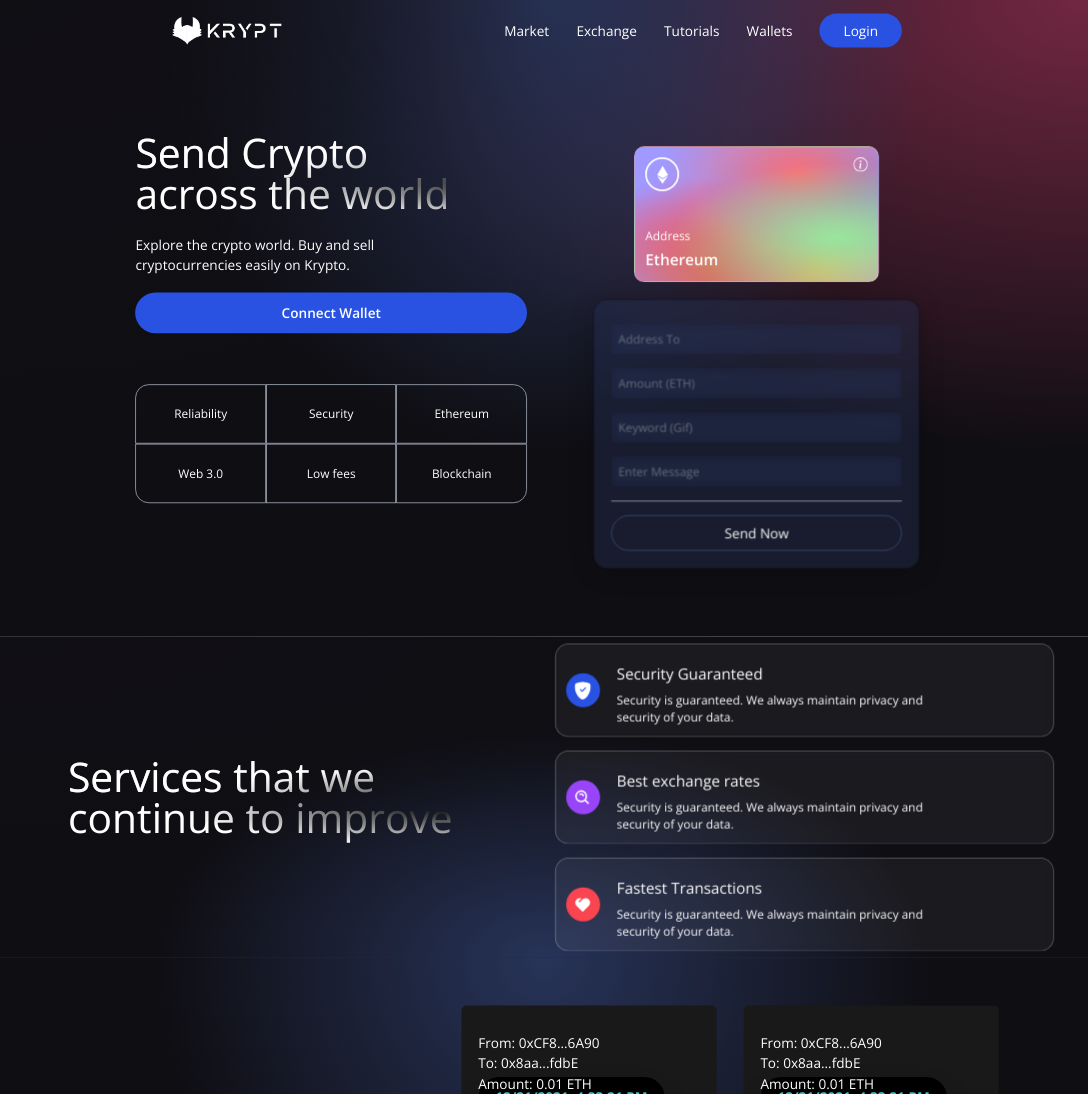
Repository: didierganthier/web3.0
Page: / (app in client/)
The author's editor kept a copy of each file at every save. The page is drawn from the files as they stood at one save, then again after the next save.
The browser window is 1280 px wide. The pictures show the part of the page from y = 0 to 1287 px (the page is 1815 px tall before and 2583 px after), at 85% of full size.
Pictures or frames that could not be fetched are drawn as grey boxes. The project was rebuilt for these pictures with package versions that can differ from the ones it lists, and the page was loaded fresh each time. Also part of the build but not shown: client/vite.config.js, client/src/components/Loader.jsx.

Above is the page before, as saved 2022-04-06 13:06:50.

### client/src/App.jsx
import { Navbar, Welcome, Loader, Transactions, Services, Footer } from "./components"

const App = () => {
  return (
    <div className="min-h-screen">
      <div className="gradient-bg-welcome">
        <Navbar />
        <Welcome />
      </div>
      <Services />
      <Transactions />
      <Footer />
    </div>
  )
}

export default App

### client/src/context/TransactionContext.jsx
import React, { useEffect, useState } from 'react';
import { ethers } from 'ethers';

import { contractAbi, contractAddress } from '../utils/constants';

export const TransactionContext = React.createContext();

const { ethereum } = window;

const getEthereumContract = () => {
    const provider = new ethers.providers.Web3Provider(ethereum);
    const signer = provider.getSigner();
    const transactionContract = new ethers.Contract(contractAddress, contractAbi, signer);

    return transactionContract;
}

export const TransactionProvider = ({ children }) => {

    const [connectedAccount, setConnectedAccount] = useState('');
    const [formData, setFormData] = useState({ addressTo: '', amount: '', keyword: '', message: '' });
    const [isLoading, setIsLoading] = useState(false);
    const [transactionCount, setTransactionCount] = useState(localStorage.getItem('transactionCount'));

    const handleChange = (e, name) => {
        setFormData((prevState) => ({ ...prevState, [name]: e.target.value }));
    }

    const checkIfWalletConnected = async () => {
        try {
            if (!ethereum) return alert('Please connect to a wallet');

            const accounts = await ethereum.request({ method: 'eth_accounts' });

            if (accounts.length) {
                setConnectedAccount(accounts[0]);

                //getAllTransactions();
            } else {
                console.log('No accounts found');
            }
        } catch (error) {
            console.log(error);

            throw new Error('No Ethereum object found');
        }
    }

    const connectWallet = async () => {
        try {
            if (!ethereum) return alert('Please install MetaMask');

            const accounts = await ethereum.request({ method: 'eth_requestAccounts' });

            setConnectedAccount(accounts[0]);
        } catch (error) {
            console.log(error);

            throw new Error('No Ethereum object found');
        }
    }

    const sendTransaction = async () => {
        try {
            if (!ethereum) return alert('Please install MetaMask');

            const { addressTo, amount, keyword, message } = formData;
            const transactionContract = getEthereumContract();
            const parsedAmount = ethers.utils.parseEther(amount);

            await ethereum.request({
                method: 'eth_sendTransaction',
                params: [{
                    from: connectedAccount,
                    to: addressTo,
                    gas: '0x5208',//21000 GWEI
                    value: parsedAmount._hex, //0.00001 ETH
                }],
            });

            const transactionHash = await transactionContract.addToBlockchain(addressTo, parsedAmount, message, keyword);

            setIsLoading(true);
            console.log(`Loading - ${transactionHash.hash}`);
            await transactionHash.wait();
            setIsLoading(false);
            console.log(`Success - ${transactionHash.hash}`);

            const transactionCount = await transactionContract.getTransactionCount();

            setTransactionCount(transactionCount.toNumber());
        } catch (error) {
            console.log(error);

            throw new Error('No Ethereum object found');
        }
    }

    useEffect(() => {
        checkIfWalletConnected();
    }, []);

    return (
        <TransactionContext.Provider value={{ connectWallet, connectedAccount, formData, setFormData, handleChange, sendTransaction }}>
            {children}
        </TransactionContext.Provider>
    )
}

### client/src/components/index.js
//export different components here
export { default as Footer } from './Footer';
export { default as Services } from './Services';
export { default as Navbar } from './Navbar';
export { default as Loader } from './Loader';
export { default as Transactions } from './Transactions';
export { default as Welcome } from './Welcome';
import '../../../client/src/index.css';

### client/src/utils/constants.js
import abi from './Transactions.json';

export const contractAbi = abi.abi;
export const contractAddress = '0x5FbDB2315678afecb367f032d93F642f64180aa3';

### client/src/components/Transactions.jsx
import React, { useContext } from 'react';

import { TransactionContext } from "../context/TransactionContext";
import useFetch from '../hooks/useFetch';

import dummyData from '../utils/dummyData';

import { shortenAddress } from '../utils/shortenAddress';

const TransactionCard = ({ addressTo, addressFrom, timestamp, message, keyword, amount, url }) => {
  const gifUrl = useFetch({ keyword });

  return (
    <div className="bg-[#181918] m-4 flex flex-1 2xl:min-w[450px] 2xl:max-w-[500px] sm:min-w-[270px] sm:max-w-[300px] flex-col p-3 rounded-md hover:shadow-2xl">
      <div className='flex flex-col items-center w-full mt-3'>
        <div className='w-full mb-6 p-2'>
          <a href={`https://ropsten.etherscan.io/address/${addressFrom}`} target='_blank' rel='noopener noreferrer'>
            <p className='text-white text-base'>From: {shortenAddress(addressFrom)}</p>
          </a>
          <a href={`https://ropsten.etherscan.io/address/${addressTo}`} target='_blank' rel='noopener noreferrer'>
            <p className='text-white text-base'>To: {shortenAddress(addressTo)}</p>
          </a>
          <p className='text-white text-base'>Amount: {amount} ETH</p>
          {message && (
            <>
              <br />
              <p className='text-white text-base'>Message: {message}</p>
            </>
          )}
          <div className='bg-black p-3 px-5 w-max rounded-3xl -mt-5 shadow-2xl'>
            <p className='text-[#37c7da] font-bold'>{timestamp}</p>
          </div>
        </div>
      </div>
    </div>
  );
}

const Transactions = () => {
  const { connectedAccount } = useContext(TransactionContext);

  return (
    <div className='flex w-full justify-center items-center 2xl:px-20 gradient-bg-transactions'>
      <div className='flex flex-col md:p-12 py-12 px-4'>
        {connectedAccount? (
          <h3 className='text-white text-3xl text-center my-2'>Latest Transactions</h3>
        ):(
          <h3 className='text-white text-3xl text-center my-2'>Connect your account to see the laatest transactions</h3>
        )}
      </div>
      <div className='flex flex-wrap justify-center items-center mt-10'>
        {dummyData.reverse().map((transaction, index) => (
          <TransactionCard key={index} {...transaction} />
        ))}
      </div>
    </div>
  )
}

export default Transactions

### client/src/components/Welcome.jsx
import React, { useContext } from 'react'
import { AiFillPlayCircle } from "react-icons/ai";
import { SiEthereum } from "react-icons/si";
import { BsInfoCircle } from "react-icons/bs";

import { TransactionContext } from "../context/TransactionContext";
import { Loader } from "./";
import { shortenAddress } from '../utils/shortenAddress';

const commonStyles = "min-h-[70px] sm:px-0 px-2 sm:min-w-[120px] flex justify-center items-center border-[0.5px] border-gray-400 text-sm font-light text-white";

const Input = ({ placeholder, name, value, type, handleChange }) => (
  <input placeholder={placeholder} type={type} value={value} onChange={(e) => handleChange(e, name)} className='my-2 w-full rounded-sm p-2 outline-none bg-transparent text-white border-none text-sm white-glassmorphism' />
)

const Welcome = () => {
  const { connectWallet, connectedAccount, formData, handleChange, sendTransaction } = useContext(TransactionContext);

  const handleSubmit = (e) => {
    const { addressTo, amount, keyword, message } = formData;

    e.preventDefault();

    if(!addressTo || !amount || !keyword || !message) return;

    sendTransaction();
  }

  return (
    <div className="flex w-full justify-center items-center">
      <div className="flex mf:flex-row flex-col items-start justify-between md:p-20 py-12 px-4">
        <div className="flex flex-1 justify-start flex-col mf:mr-10">
          <h1 className="text-3xl sm:text-5xl text-white text-gradient py-1">
            Send Crypto <br></br> across the world
          </h1>
          <p className="text-left mt-5 text-white font-light md:w-9/12 w-11/12 text-base">
            Explore the crypto world. Buy and sell cryptocurrencies easily on Krypto.
          </p>
          {!connectedAccount && (
            <button type="button" onClick={connectWallet} className="flex flex-row justify-center items-center my-5 bg-[#2952e3] p-3 rounded-full cursor-pointer hover:bg-[#2546bd]">
              <p className="text-white text-base font-semibold">Connect Wallet</p>
            </button>
          )}
          <div className="grid sm:grid-cols-3 grid-cols-2 w-full mt-10">
            <div className={`rounded-tl-2xl ${commonStyles}`}>Reliability</div>
            <div className={commonStyles}>Security</div>
            <div className={`rounded-tr-2xl ${commonStyles}`}>Ethereum</div>
            <div className={`rounded-bl-2xl ${commonStyles}`}>Web 3.0</div>
            <div className={commonStyles}>Low fees</div>
            <div className={`rounded-br-2xl ${commonStyles}`}>Blockchain</div>
          </div>
        </div>
        <div className="flex flex-col flex-1 items-center justify-start w-full mf:mt-0 mt-10">
          <div className="p-3 justify-end items-start flex-col rounded-xl h-40 sm:w-72 w-full my-5 eth-card white-glassmorphism">
            <div className="flex justify-between flex-col w-full h-full">
              <div className="flex justify-between items-start">
                <div className="w-10 h-10 rounded-full border-2 border-white flex justify-center items-center">
                  <SiEthereum fontSize={21} color='#fff' />
                </div>
                <BsInfoCircle fontSize={17} color='#fff' />
              </div>
              <div>
                <p className="text-white font-light text-sm">
                  {connectedAccount ? shortenAddress(connectedAccount) : "Address"}
                </p>
                <p className="text-white font-semibold text-lg mt-1">
                  Ethereum
                </p>
              </div>
            </div>
          </div>
          <div className="p-5 sm:w-96 w-full flex flex-col justify-start items-center blue-glassmorphism">
            <Input placeholder="Address To" name="addressTo" type="text" handleChange={handleChange} />
            <Input placeholder="Amount (ETH)" name="amount" type="number" handleChange={handleChange} />
            <Input placeholder="Keyword (Gif)" name="keyword" type="text" handleChange={handleChange} />
            <Input placeholder="Enter Message" name="message" type="text" handleChange={handleChange} />

            <div className="h-[1px] w-full bg-gray-400 my-2" />

            {false ? (
              <Loader />
            ) : (
              <button type="button" onClick={handleSubmit} className="text-white w-full mt-2 border-[1px] p-2 border-[#3d4f7c] rounded-full cursor-pointer">
                Send Now
              </button>
            )}
          </div>
        </div>
      </div>
    </div>
  )
}

export default Welcome

### client/src/hooks/useFetch.jsx
import { useEffect, useState } from "react";

const API_KEY = import.meta.env.VITE_GIPHY_API;

const useFetch = ({ keyword }) => {
    const [gifUrl, setGifUrl] = useState("");

    const fetchGifs = async () => {
        try {
            const response = await fetch(
                `https://api.giphy.com/v1/gifs/search?api_key=${API_KEY}&q=${keyword.split(" ").join("")}&limit=1`
            );
            const { data } = await response.json();
            setGifUrl(data[0]?.images?.downsized_medium?.url);
        } catch (error) {
            console.log(error);
            setGifUrl("https://metro.co.uk/wp-content/uploads/2015/05/pokemon_crying.gif?quality=90&strip=all&zoom=1&resize=500%2C284");
        }
    }

    useEffect(() => {
        if(keyword) fetchGifs();
     }, [keyword]);

     return gifUrl;
}

export default useFetch;

### client/src/utils/dummyData.js

export default [
    {
      id: 1,
      url: "https://metro.co.uk/wp-content/uploads/2015/05/pokemon_crying.gif?quality=90&strip=all&zoom=1&resize=500%2C284",
      message: "",
      timestamp: "12/21/2021, 4:33:21 PM",
      addressFrom: "0xCF8e569A97C423952DdFf902375C7C76549A6A90",
      amount: "0.01",
      addressTo: "0x8aa395Ab97837576aF9cd6946C79024ef1acfdbE",
    },
    {
      id: 2,
      url: "https://media4.popsugar-assets.com/files/2013/11/07/832/n/1922398/eb7a69a76543358d_28.gif",
      message: "",
      timestamp: "12/21/2021, 4:33:21 PM",
      addressFrom: "0xCF8e569A97C423952DdFf902375C7C76549A6A90",
      amount: "0.01",
      addressTo: "0x8aa395Ab97837576aF9cd6946C79024ef1acfdbE",
    },
    {
      id: 3,
      url: "https://acegif.com/wp-content/uploads/gif-shaking-head-38.gif",
      message: "",
      timestamp: "12/21/2021, 4:33:21 PM",
      addressFrom: "0xCF8e569A97C423952DdFf902375C7C76549A6A90",
      amount: "0.01",
      addressTo: "0x8aa395Ab97837576aF9cd6946C79024ef1acfdbE",
    },
    {
      id: 4,
      url: "https://i.pinimg.com/originals/68/a0/9e/68a09e774e98242871c2db0f99307420.gif",
      message: "",
      timestamp: "12/21/2021, 4:33:21 PM",
      addressFrom: "0xCF8e569A97C423952DdFf902375C7C76549A6A90",
      amount: "0.01",
      addressTo: "0x8aa395Ab97837576aF9cd6946C79024ef1acfdbE",
    },
    {
      id: 5,
      url: "https://i.pinimg.com/originals/73/d3/a1/73d3a14d212314ab1f7268b71d639c15.gif",
      message: "",
      timestamp: "12/21/2021, 4:33:21 PM",
      addressFrom: "0xCF8e569A97C423952DdFf902375C7C76549A6A90",
      amount: "0.01",
      addressTo: "0x8aa395Ab97837576aF9cd6946C79024ef1acfdbE",
    },
    {
      id: 6,
      url: "https://www.omnisend.com/blog/wp-content/uploads/2016/09/funny-gifs-9.gif",
      message: "",
      timestamp: "12/21/2021, 4:33:21 PM",
      addressFrom: "0xCF8e569A97C423952DdFf902375C7C76549A6A90",
      amount: "0.01",
      addressTo: "0x8aa395Ab97837576aF9cd6946C79024ef1acfdbE",
    },
  ];

### client/src/utils/shortenAddress.js
export const shortenAddress = (address) => {
  if (!address) {
    return '';
  }
  const shortAddress = address.substring(0, 5) + '...' + address.substring(address.length - 4);
  return shortAddress;
}

Loaded but not shown: client/index.html (common file); client/src/main.jsx (common file); client/src/index.css (common file); client/src/components/Footer.jsx (common file); client/src/components/Services.jsx (common file); client/src/components/Navbar.jsx (common file); client/tailwind.config.js (common file); client/src/utils/Transactions.json (140 lines, source omitted)

After the next save:
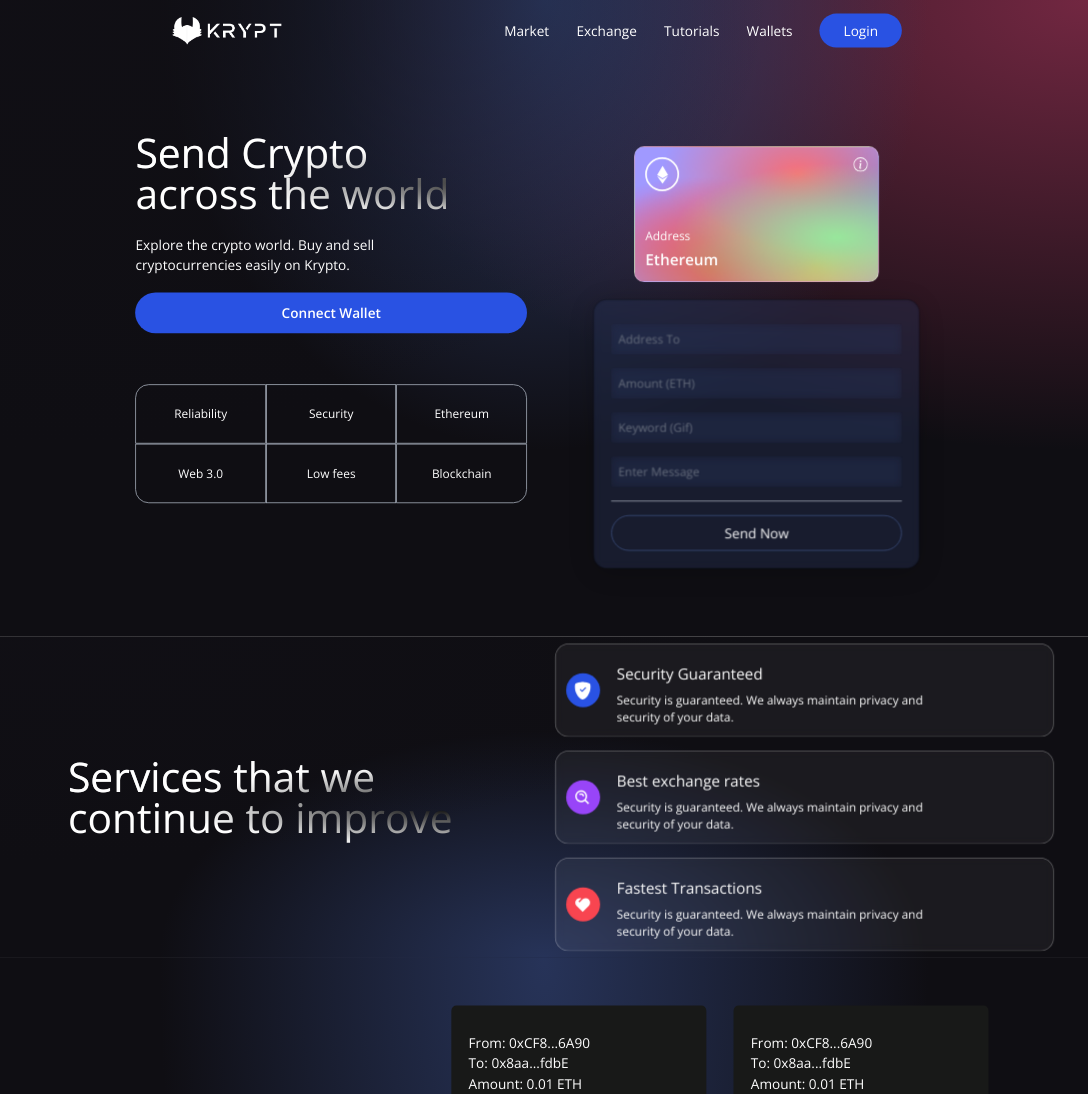
Saved 116 s later.
--- a/client/src/components/Transactions.jsx
+++ b/client/src/components/Transactions.jsx
@@ -27,6 +27,11 @@ const TransactionCard = ({ addressTo, addressFrom, timestamp, message, keyword,
               <p className='text-white text-base'>Message: {message}</p>
             </>
           )}
+          <img
+            src={gifUrl | url}
+            alt='gif'
+            className='w-full h-64 2xl:h-96 rounded-md shadow-lg object-cover'
+          />
           <div className='bg-black p-3 px-5 w-max rounded-3xl -mt-5 shadow-2xl'>
             <p className='text-[#37c7da] font-bold'>{timestamp}</p>
           </div>
